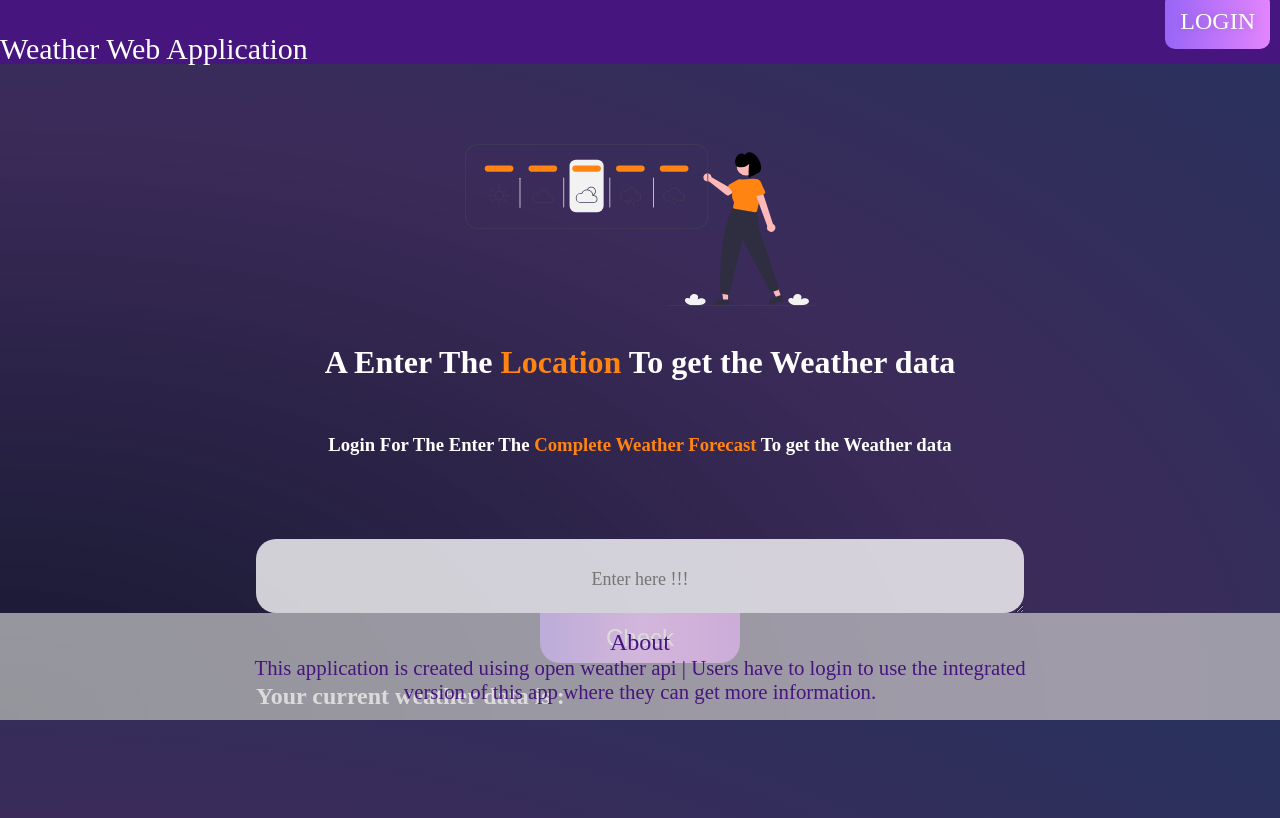
Repository: Irfan-vit/openapi
Page: index.html
The author's editor kept a copy of each file at every save. The page is drawn from the files as they stood at one save, then again after the next save.
The browser window is 1280 px wide. The pictures show the whole page.
Backgrounds fixed to the window are drawn as part of the page.

Above is the page before, as saved 2021-05-29 03:03:40.

### index.html
<!DOCTYPE html>
<html lang="en">

<head>
    <meta charset="UTF-8">
    <meta http-equiv="X-UA-Compatible" content="IE=edge">
    <meta name="viewport" content="width=device-width, initial-scale=1.0">
    <title>Api</title>
    <link rel="stylesheet" href="style.css">
</head>

<body>


    <div class="nav">
        <input type="checkbox" id="nav-check" />
        <div class="nav-header">
            <div class="nav-title">
                Weather Web Application
            </div>
        </div>
        <div class="nav-btn">
            <label for="nav-check">
                <span></span>
                <span></span>
                <span></span>
            </label>
        </div>

        <div class="nav-links">
            <div class="container">
                <a href="https://weather-projection.netlify.app/" class="btn btn-1"
                    style="text-decoration:none">Login</a>
            </div>
        </div>
    </div>


    <header class="hero">
        <img class="hero-img" src="we.svg" alt="">
        <h1 class="hero-heading">A <span class="heading-inverted"></span> Enter The <span
                class="heading-inverted">Location</span> To get the Weather data</h1>
        <h3 class="hero-heading">Login For The <span class="heading-inverted"></span> Enter The <span
                class="heading-inverted">Complete Weather Forecast</span> To get the Weather data</h3>
    </header>

    <main>

        <textarea name="" id="txt-input" class="t-area" placeholder="Enter here !!!"></textarea>

        <button id="btn-translate">
            Check
        </button>

        <div>
            <h2>Your current weather data is :</h2>
        </div>

        <div id="output" class="t-area">

        </div>

    </main>

    <footer>
        <div style="font-size: x-large;">About</div>
        <p>This application is created uising open weather api | Users have to login to use the integrated version of
            this app where they can get more information.</p>
    </footer>



    <script src="app.js" type="text/javascript"></script>
</body>

</html>

### style.css
/* @import url('https://fonts.googleapis.com/css2?family=Kalam&display=swap'); */

* {
    box-sizing: border-box;
}

:root {
    --primary: #46157E;
    --black: #333333;
    --width-break:800px
}

body {
    margin: 0;
    /* font-family: 'Kalam', cursive; */
    color: #333333;
      background: radial-gradient(
    ellipse at left bottom,
    rgba(22, 24, 47, 1) 0%,
    rgba(38, 20, 72, 0.9) 59%,
    rgba(17, 27, 75, 0.9) 100%
  );
    height: 100%;
    margin: 0;
    background-repeat: no-repeat;
    background-attachment: fixed;
    color: white;

}

nav {
    background-color: var(--primary);
    text-align: center;
}

main {
    margin: auto;
    padding: 1rem;
    max-width: var(--width-break);
}

textarea {
    display: block;
    width: 100%;
    min-height: 5vh;
    font-size: large;
    font-family: inherit;
    background-color: #ffffffc9;
    border:none;
    border-radius:20px;
    text-align: center;
    padding-top: 30px;;
}

textarea:hover {
    display: block;
    width: 100%;
    min-height: 5vh;
    font-size: large;
    font-family: inherit;
    background-color: #ffffff;
    border-radius:20px;
    border: none;
    text-align: center;
}

button {
    /* background-color: var(--primary); */
    background-image: linear-gradient(to right, #9865f6 0%, #e585fd 51%, #cd65f6 100%);
    border: none;
    margin: 8rem 0rem;
    color:white;
    font-size: large;
    cursor: pointer;
    height: 50px;
    width: 200px;
    border-bottom-left-radius:20px;
    border-bottom-right-radius:20px;
    margin:auto;
    display:block;
    font-size:1.5rem;

}


#output {
    box-sizing: border-box;
    width: 100%;
    min-height: 10vh;
    max-height: 20vh;
    /* border: 1px solid var(--black); */
}

footer {
    position: fixed;
    bottom: 0;
    width: 100%;
    padding: 1rem;
    background-color: #ccccccb2;
    text-align: center;
    color: #46157E;
    font-size:1.3rem;
}

footer p {
    max-width: var(--width-break);
    margin: auto;
}

.nav {
  height: 50px;
  width: 100%;
  background-color: #46157E;
  position: relative;
  padding:2rem 0rem;
}

.nav > .nav-header {
  display: inline;
}

.nav > .nav-header > .nav-title {
  display: inline-block;
  font-size: 30px;
  color: #fff;
}

.nav > .nav-btn {
  display: inline-block;
}

.nav > .nav-links {
  display: inline;
  float: right;
  font-size: 18px;
  margin:-1.5rem 0rem ;
}

.nav > .nav-links > a {
  display: inline-block;
  padding: 13px 10px 13px 10px;
  text-decoration: none;
  color: #efefef;
}

.nav > .nav-links > a:hover {
  background-color: rgba(0, 0, 0, 0.3);
}

.nav > #nav-check {
  display: none;
}

@media (max-width:600px) {
  .nav > .nav-btn {
    display: inline-block;
    position: absolute;
    right: 0px;
    top: 0px;
  }
  .nav > .nav-btn > label {
    display: inline-block;
    width: 50px;
    height: 50px;
    padding: 13px;
  }
  .nav > .nav-btn > label:hover,.nav  #nav-check:checked ~ .nav-btn > label {
    background-color: rgba(0, 0, 0, 0.3);
  }
  .nav > .nav-btn > label > span {
    display: block;
    width: 25px;
    height: 10px;
    border-top: 2px solid #eee;

  }
  .nav > .nav-links {
    position: absolute;
    display: block;
    width: 100%;
    background-color: #333;
    height: 0px;
    transition: all 0.3s ease-in;
    overflow-y: hidden;
    top: 50px;
    left: 0px;
    margin-top:0.4rem;
  }
  .nav > .nav-links > a {
    display: block;
    width: 100%;
  }
  .nav > #nav-check:not(:checked) ~ .nav-links {
    height: 0px;
  }
  .nav > #nav-check:checked ~ .nav-links {
    height: calc(100vh - 50px);
    overflow-y: auto;
  }
}

.btn {
  flex: 1 1 auto;
  margin: 10px;
  padding: 15px;
  text-align: center;
  text-transform: uppercase;
  transition: 0.5s;
  background-size: 200% auto;
  color: white;
 text-shadow: 0px 0px 10px rgba(0,0,0,0.2);
  /* box-shadow: 0 0 20px #eee; */
  border-radius: 10px;
  cursor: pointer;
  font-size: 1.5rem;
 }



.btn:hover {
  background-position: right center; /* change the direction of the change here */
}

.btn-1 {
  background-image: linear-gradient(to right, #9865f6 0%, #e585fd 51%, #cd65f6 100%);
}


/* header */

.hero {
    padding: 2rem;
    padding-top: 5rem;

}

.hero-less-padding {
    padding: 2rem;
    padding-top: 2rem;
    background-color: var(--primary-color);
    text-align: center;
}

.hero-less-paddings {
    padding: 2rem;
    padding-top: 2rem;
    text-align: center;
}




.hero .hero-img {
    max-width: 80%;
    width: 350px;
    display: block;
    margin: auto;
}

.hero-less-padding .hero-big-img {
    max-width: 80%;
    width: 750px;
    display: block;
    margin: auto;


}

.hero-less-paddings .hero-big-imgs {
    max-width: 80%;
    width: 60%;
    height: 300px;
    display: inline;
    margin: 1% 1%;

}


.hero .hero-heading {
    text-align: center;
    padding: 1rem;
    color: var(--dark-gray);
}

.hero .hero-heading .heading-inverted {
    color: #FF8412;
}

### app.js
var btnTranslate = document.querySelector("#btn-translate");
var txtInput = document.querySelector("#txt-input");
var outputDiv = document.querySelector('#output')
var serverURL = "https://api.openweathermap.org/data/2.5/weather?q="
var key = "&appid=49257f6591cfc3ed8daf0b5970d519cb"

function getTranslationURL(text) {
    return serverURL + text + key
}

function errorHandler(error) {
    console.log("error occured", error)
    alert("something went wrong  :  " + error)
}

function clickHandler() {
    // outputDiv.innerText = "translated  " + txtInput.value + "  To : bababbababababababa ";

    var inputText = txtInput.value;

    fetch(getTranslationURL(inputText))
        .then(response => response.json())
        .then(json => {
            var translatedText = "Country : " + json['sys']['country'] + " | tempreature : " + json['main']['temp'] + " | weather : " +  json['weather'][0]['description'] + " | longitude : " + json['coord']['lon'] + " | latitude : " + json['coord']['lat'] + " | wind speed : " + json['wind']['speed'] + " | Wind direction, degrees : " + json['wind']['deg'];
            outputDiv.innerText = translatedText;
            })
    };


btnTranslate.addEventListener("click", clickHandler)

After the next save:
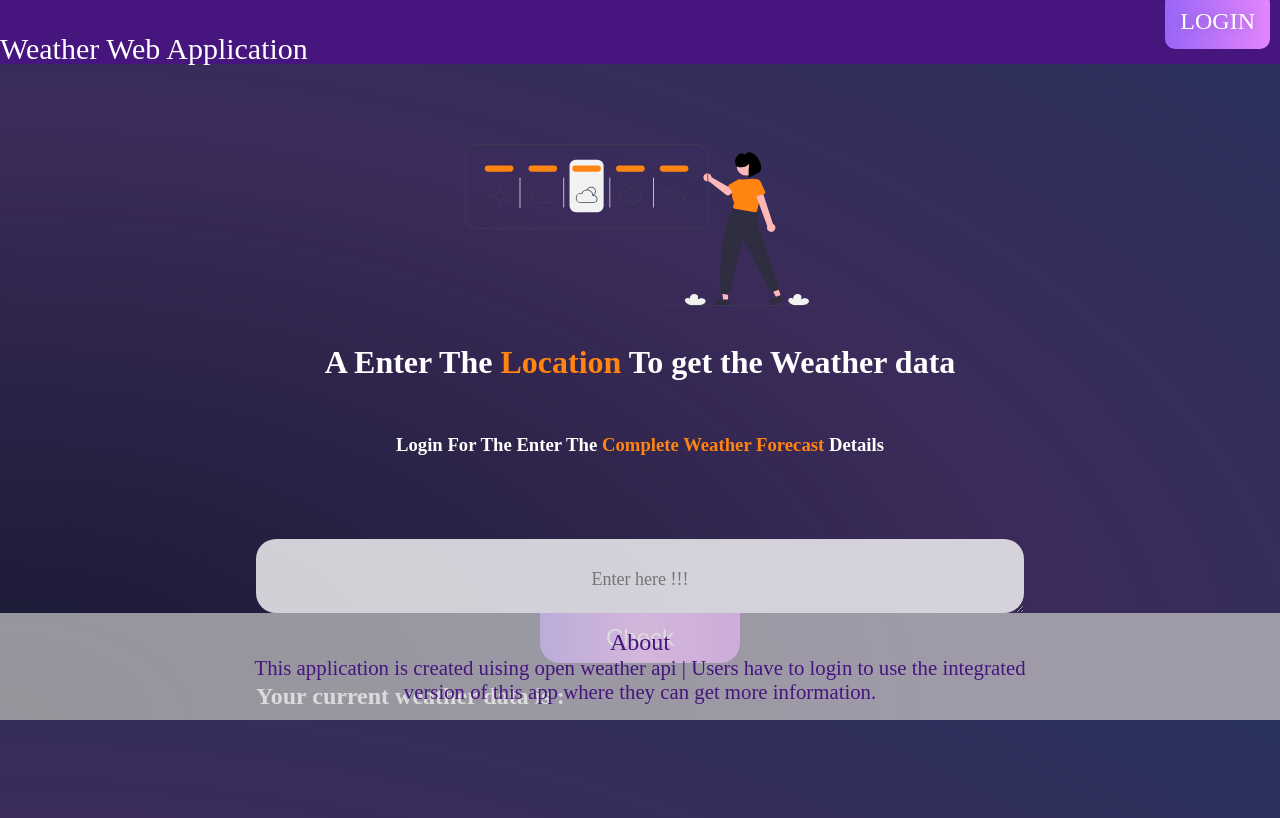
Saved 7 s later.
--- a/index.html
+++ b/index.html
@@ -41,7 +41,7 @@
         <h1 class="hero-heading">A <span class="heading-inverted"></span> Enter The <span
                 class="heading-inverted">Location</span> To get the Weather data</h1>
         <h3 class="hero-heading">Login For The <span class="heading-inverted"></span> Enter The <span
-                class="heading-inverted">Complete Weather Forecast</span> To get the Weather data</h3>
+                class="heading-inverted">Complete Weather Forecast</span> Details</h3>
     </header>
 
     <main>
